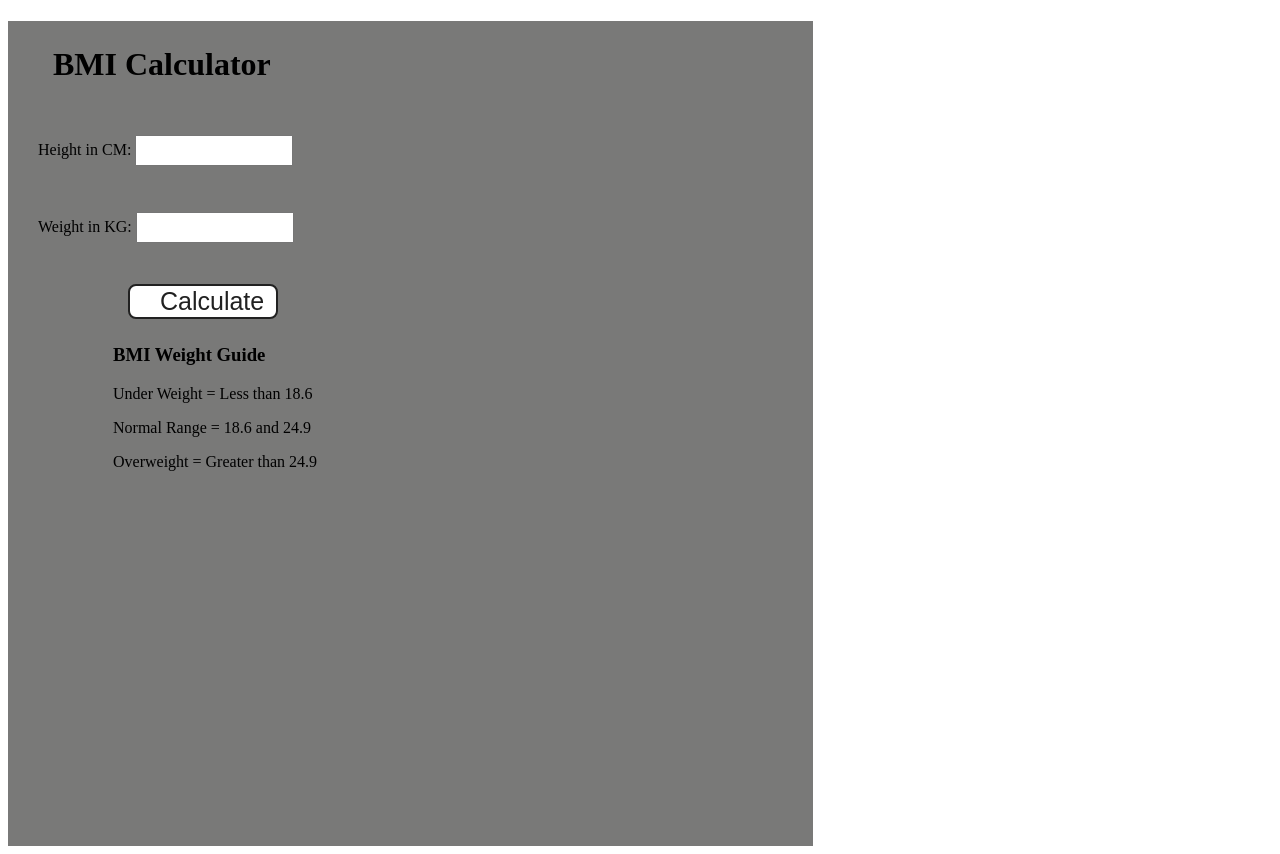
Repository: VishwaGoswami1407/JavaScript-Practice
Page: 07_projects/project2.html
The author's editor kept a copy of each file at every save. The page is drawn from the files as they stood at one save, then again after the next save.
The browser window is 1280 px wide. The pictures show the whole page.

Above is the page before, as saved 2024-07-07 18:53:28.

### 07_projects/project2.html
<!DOCTYPE html>
<html lang="en">
  <head>
    <meta charset="UTF-8" />
    <meta name="viewport" content="width=device-width, initial-scale=1.0" />
    <meta http-equiv="X-UA-Compatible" content="ie=edge" />
    <link rel="stylesheet" href="style2.css" />

    <title>BMI Calculator</title>
  </head>
  <body>
    <div class="container">
      <h1>BMI Calculator</h1>
      <form>
        <p><label>Height in CM: </label><input type="text" id="height" /></p>
        <p><label>Weight in KG: </label><input type="text" id="weight" /></p>
        <button>Calculate</button>
        <div id="results"></div>
        <div id="weight-guide">
          <h3>BMI Weight Guide</h3>
          <p>Under Weight = Less than 18.6</p>
          <p>Normal Range = 18.6 and 24.9</p>
          <p>Overweight = Greater than 24.9</p>
        </div>
      </form>
    </div>
  </body>
  <script src="project2.js"></script>
</html>

### 07_projects/style2.css
.container {
    width: 775px;
    height: 825px;

    background-color: #797978;
    padding-left: 30px;
  }
  #height,
  #weight {
    width: 150px;
    height: 25px;
    margin-top: 30px;
  }

  #weight-guide {
    margin-left: 75px;
    margin-top: 25px;
  }

  #results {
    font-size: 35px;
    margin-left: 90px;
    margin-top: 20px;
    color: rgb(241, 241, 241);
  }

  button {
    width: 150px;
    height: 35px;
    margin-left: 90px;
    margin-top: 25px;
    background-color: #fff;
    padding: 1px 30px;
    border-radius: 8px;
    color: #212121;
    text-decoration: none;
    border: 2px solid #212121;

    font-size: 25px;
  }

  h1 {
    padding-left: 15px;
    padding-top: 25px;

  }

### 07_projects/project2.js
const form = document.querySelector('form')

//this usecase will give empty values in form elements
// const height = parseInt(document.querySelector('#height').value)
form.addEventListener('submit', function(e){
    e.preventDefault()
  const height = parseInt(document.querySelector('#height').value)
  const weight = parseInt(document.querySelector('#weight').value)
  const results = document.querySelector('#results')

  if(height === '' || height < 0 || isNaN(height)){
    results.innerHTML = `please give a valid height ${height}`
  }else if(weight === '' || weight < 0 || isNaN(weight)){
    results.innerHTML = `please give a valid weight ${weight}`
  }else {
    const bmi = (weight / ((height*height)/1000)).toFixed(2)
    //show the result
    results.innerHTML = `<span>${bmi}</span>`
  }



});

After the next save:
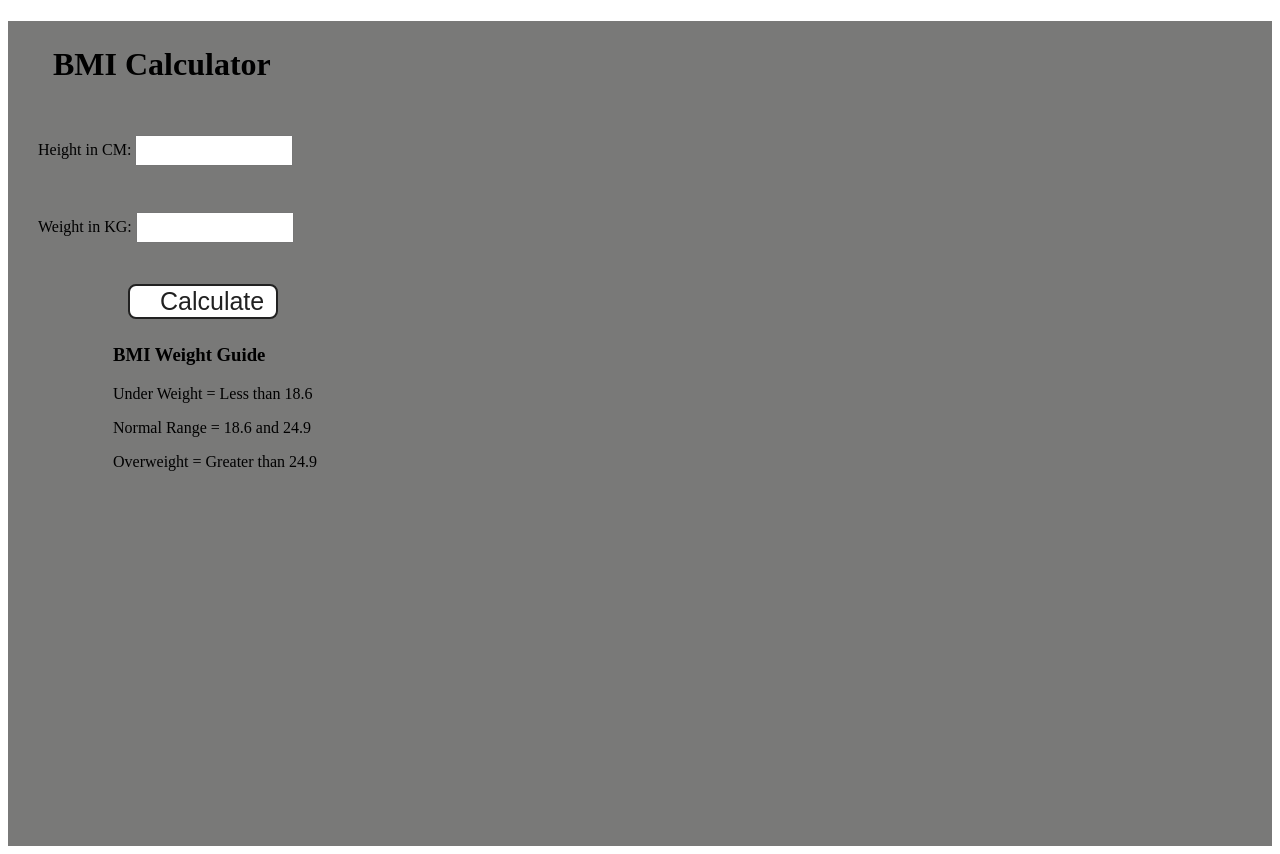
Saved 8 s later.
--- a/07_projects/style2.css
+++ b/07_projects/style2.css
@@ -1,5 +1,5 @@
 .container {
-    width: 775px;
+
     height: 825px;
 
     background-color: #797978;
